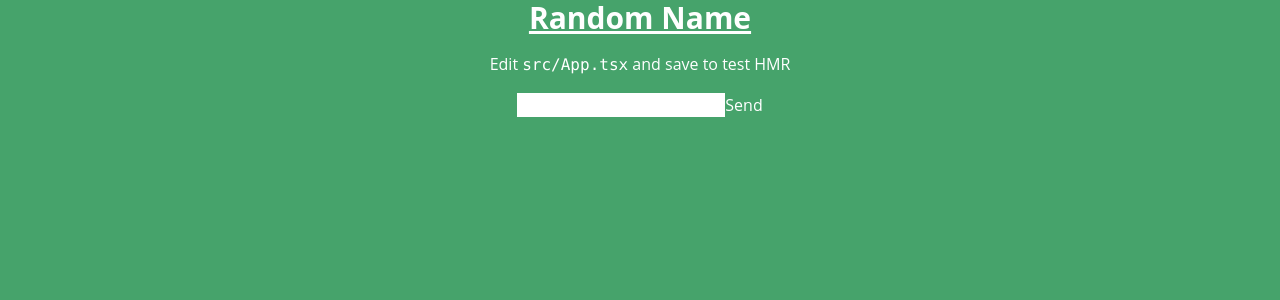
Repository: prodavetc/randomname
Page: /
The author's editor kept a copy of each file at every save. The page is drawn from the files as they stood at one save, then again after the next save.
The browser window is 1280 px wide. The pictures show the whole page.
The project was rebuilt for these pictures with package versions that can differ from the ones it lists, and the page was loaded fresh each time. Also part of the build but not shown: vite.config.ts.

Above is the page before, as saved 2024-03-26 10:25:28.

After the next save:
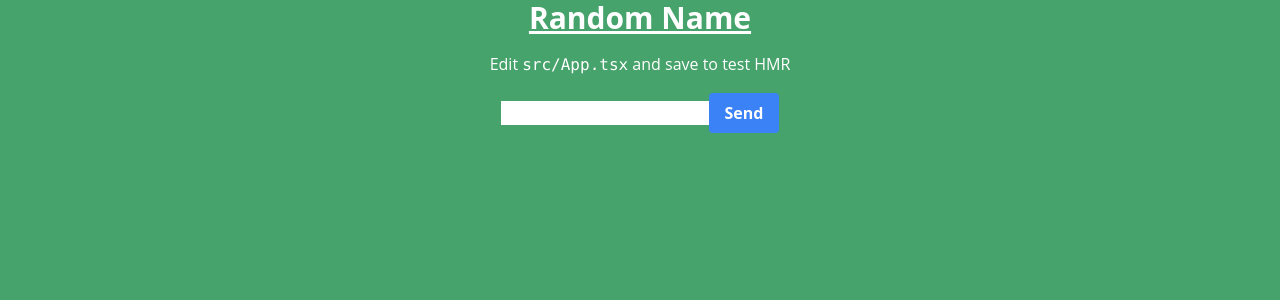
Saved 13 s later.
--- a/src/components/RandomName.tsx
+++ b/src/components/RandomName.tsx
@@ -36,7 +36,7 @@ const RandomName = () => {
       <div className="text-center">
         <form onSubmit={onPressHandler}>
           <input name='list' />
-          <button
+          <button className="bg-blue-500 hover:bg-blue-700 text-white font-bold py-2 px-4 rounded"
           >Send</button>
         </form>
       </div>
